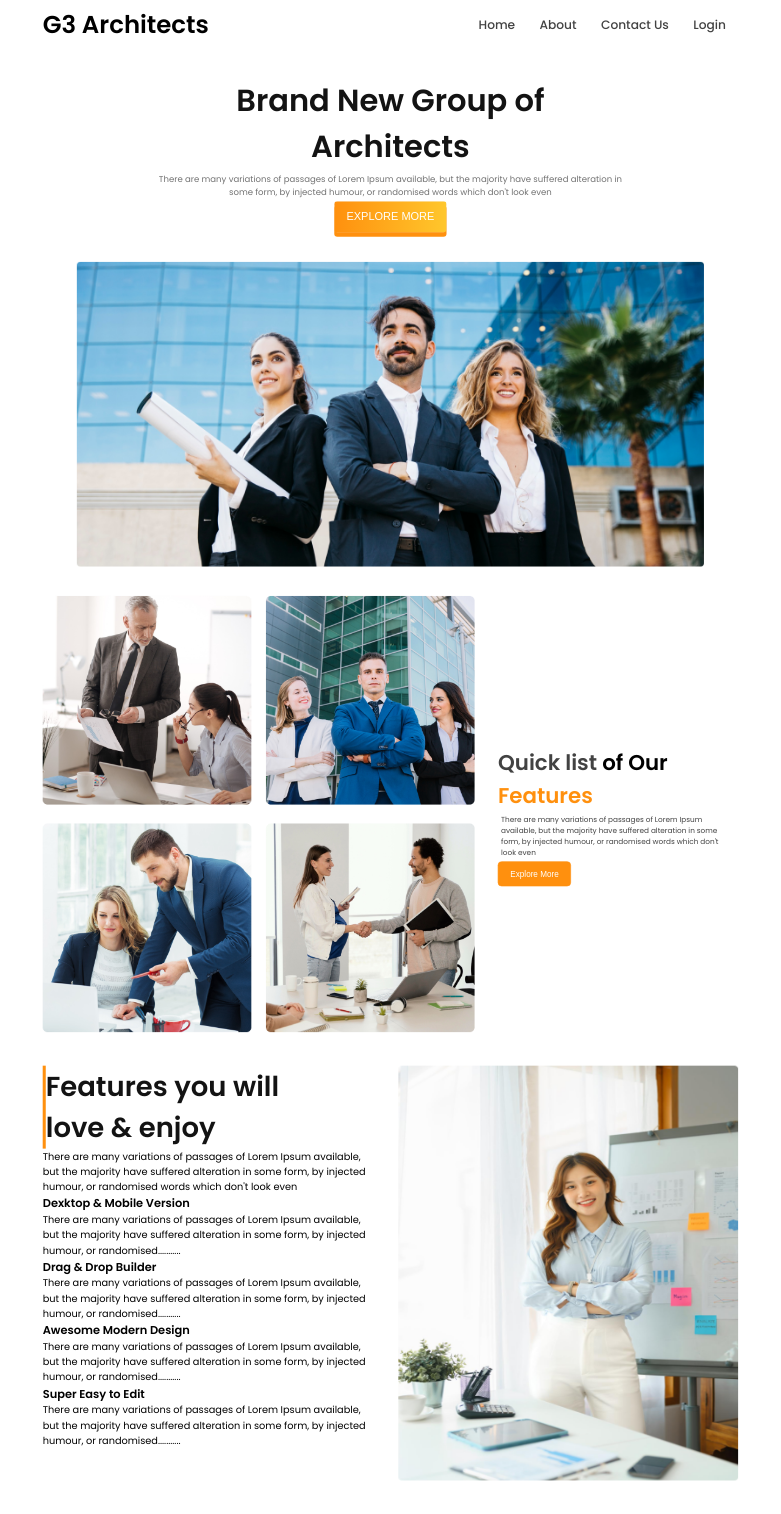
Repository: mdrubel02/G3_Architects
Page: index.html
The author's editor kept a copy of each file at every save. The page is drawn from the files as they stood at one save, then again after the next save.
The browser window is 1280 px wide. The pictures show the whole page, at 61% of full size.

Above is the page before, as saved 2023-01-15 00:44:19.

After the next save:
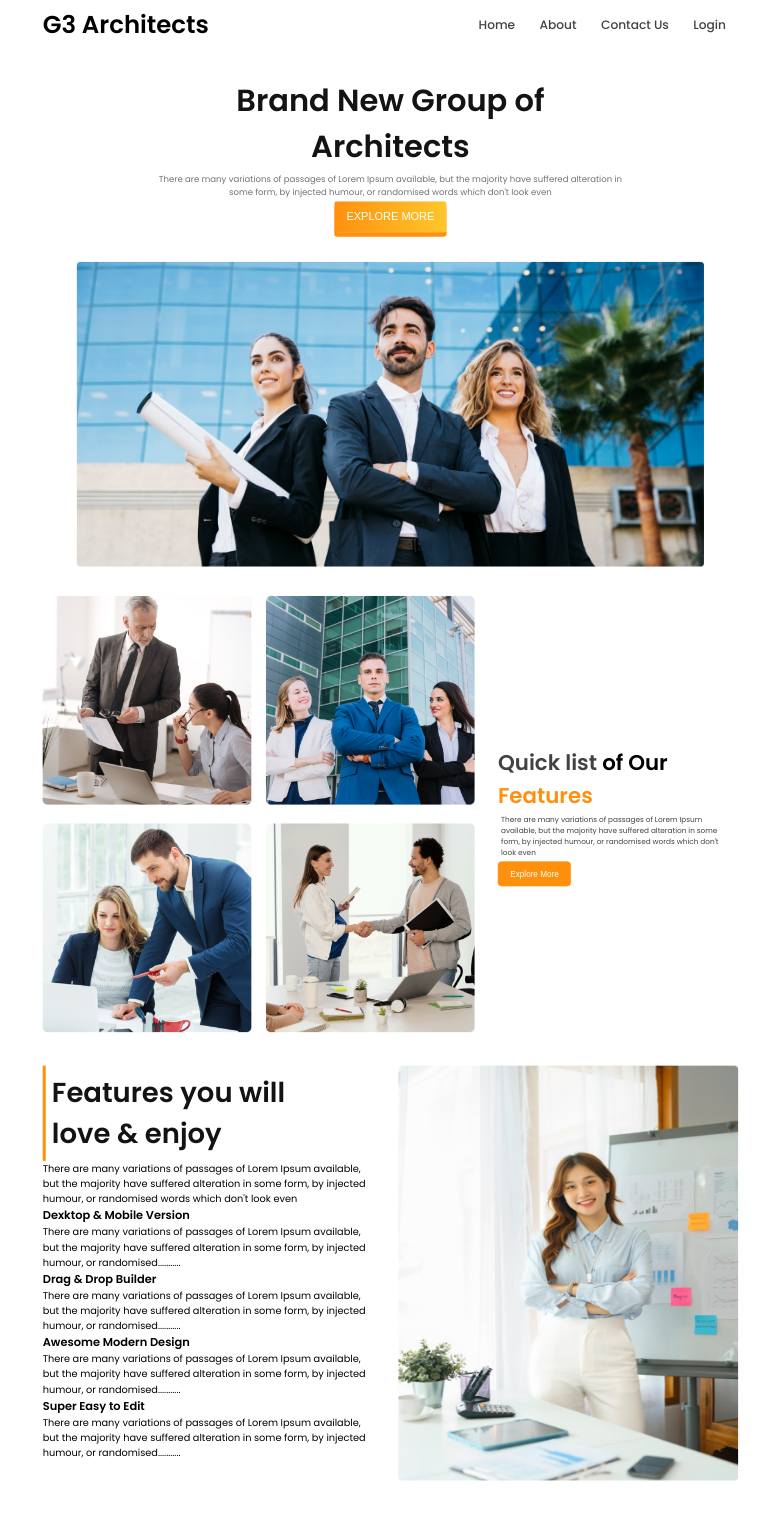
Saved 61 s later.
--- a/style.css
+++ b/style.css
@@ -180,14 +180,7 @@
     font-weight: 700;
     position: relative;
     border-left: 5px solid  #FF900E;
-}
-.features_destiny_title::after{
-    content: "" ;
-    top: 0;
-    left: 0;
-    width: 5px;
-    height: 100px;
-    background-color: #FF900E ;
+    padding: 10px;
 }
 .features_destiny_right{
     width: 80%;
